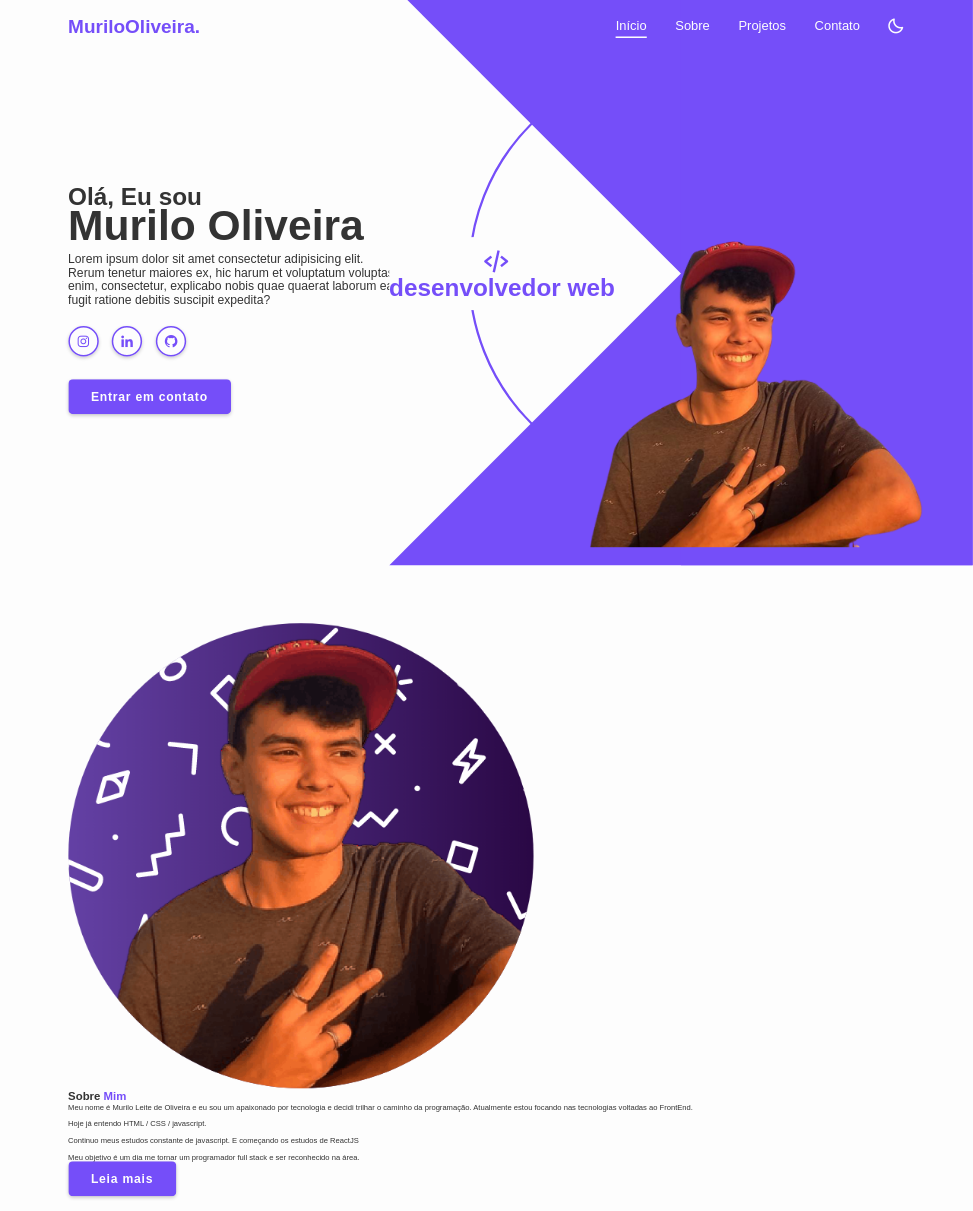
Repository: devMuriloOliveira/Portfolio-
Page: index.html
An editor plug-in stored every save of this project. The page is shown before and after the next save, followed by the edit.
The browser window is 1280 px wide. The pictures show the whole page, at 76% of full size.
Some web fonts or font styles are not loaded; a fallback is used.

Above is the page before, as saved 2023-03-11 16:05:14.

After the next save:
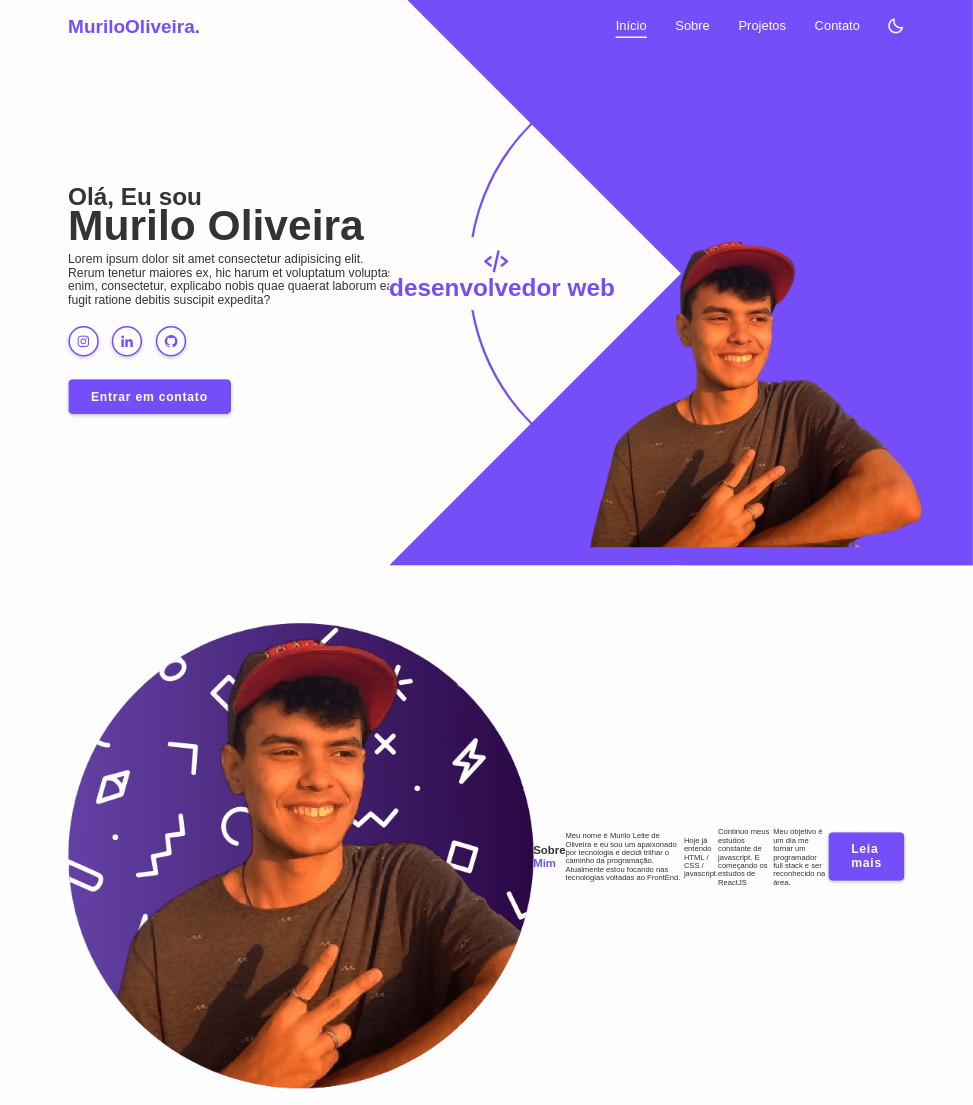
Saved 60 s later.
--- a/style.css
+++ b/style.css
@@ -230,3 +230,9 @@ section{
 span{
   color: var(--main-color);
 }
+
+.sobre{
+  display: flex;
+  justify-content: center;
+  align-items: center;
+}
